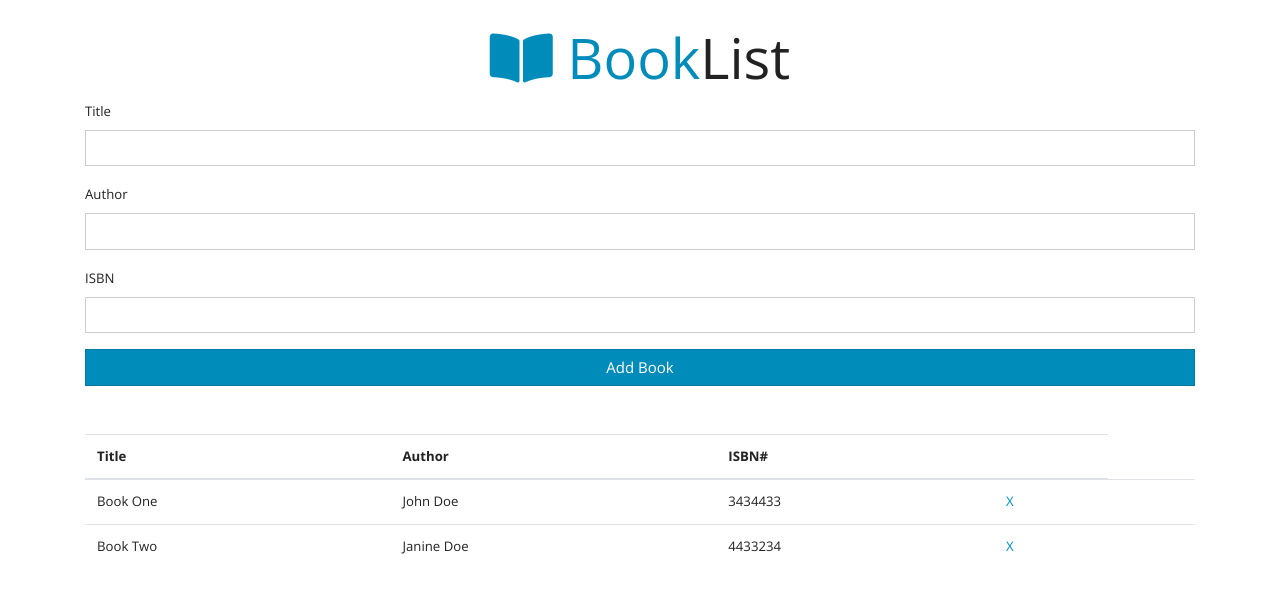
Repository: carrascomcesar/JSBOOKLIST
Page: index.html
The author's editor kept a copy of each file at every save. The page is drawn from the files as they stood at one save, then again after a run of saves.
The browser window is 1280 px wide. The pictures show the whole page.
Some web libraries are served in a nearby version.

Above is the page before, as saved 2021-02-01 11:14:06.

After the next 2 saves:
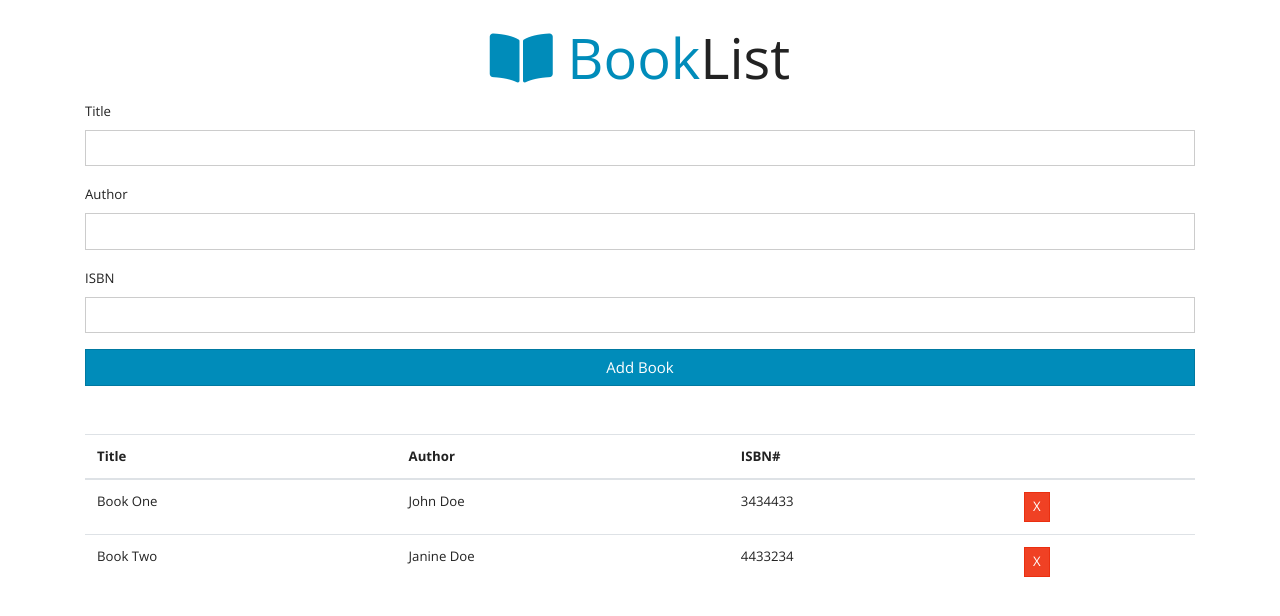
The 2 saves are shown as one change because they came seconds apart.
The last was saved 9 s later.
--- a/app.js
+++ b/app.js
@@ -35,8 +35,8 @@ class UI {
             <td>${book.title}</td>
             <td>${book.author}</td>
             <td>${book.isbn}</td>
-            <td><a href="#">X</a></td>
             <td><a href="#" class="btn btn-danger btn-sm delete>X</a></td>
+            <td><a href="#" >X</a></td>
         `;
     list.appendChild(row);
   }
